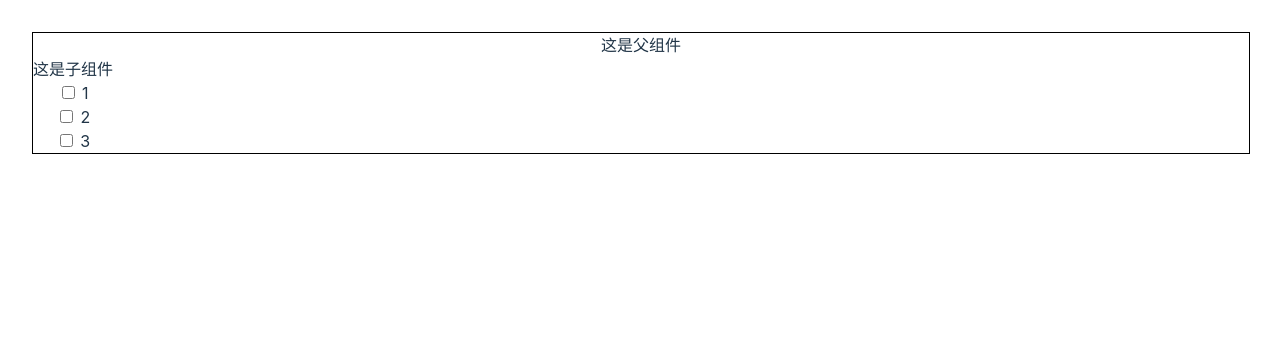
Repository: LeeypOR/management-system
Page: /
These files come from the project's save history. The page is drawn as it stood at one moment and after the next save; the edit follows.
The browser window is 1280 px wide. The pictures show the whole page.
The project was rebuilt for these pictures with package versions that can differ from the ones it lists, and the page was loaded fresh each time. Also part of the build but not shown: vite.config.ts.

Above is the page before, as saved 2023-02-22 16:10:25.
Console error: SyntaxError: Cannot use import statement outside a module

### index.html
<!DOCTYPE html>
<html lang="en">
  <head>
    <meta charset="UTF-8" />
    <link rel="icon" type="image/svg+xml" href="/vite.svg" />
    <script text="module" charset="UTF-8" src="./src/three.js/Three.js"></script>
    <meta name="viewport" content="width=device-width, initial-scale=1.0" />
    <title>Vite + Vue + TS</title>
  </head>
  <body>
    <div id="app" style="width: 100%;height: 100%;"></div>
    <script type="module" src="/src/main.ts"></script>
  </body>
</html>

### src/main.ts
import { createApp } from 'vue'
import './style.css'
import App from './App.vue'





createApp(App).mount('#app')

### src/style.css
:root {
  font-family: Inter, Avenir, Helvetica, Arial, sans-serif;
  font-size: 16px;
  line-height: 24px;
  font-weight: 400;

  color-scheme: light dark;
  color: rgba(255, 255, 255, 0.87);
  background-color: #242424;

  font-synthesis: none;
  text-rendering: optimizeLegibility;
  -webkit-font-smoothing: antialiased;
  -moz-osx-font-smoothing: grayscale;
  -webkit-text-size-adjust: 100%;
}

a {
  font-weight: 500;
  color: #646cff;
  text-decoration: inherit;
}
a:hover {
  color: #535bf2;
}

body {
  margin: 0;
  display: flex;
  place-items: center;
  min-width: 320px;
  min-height: 100%;
}

h1 {
  font-size: 3.2em;
  line-height: 1.1;
}

button {
  border-radius: 8px;
  border: 1px solid transparent;
  padding: 0.6em 1.2em;
  font-size: 1em;
  font-weight: 500;
  font-family: inherit;
  background-color: #1a1a1a;
  cursor: pointer;
  transition: border-color 0.25s;
}
button:hover {
  border-color: #646cff;
}
button:focus,
button:focus-visible {
  outline: 4px auto -webkit-focus-ring-color;
}

.card {
  padding: 2em;
}

#app {
  max-width: 1280px;
  margin: 0 auto;
  padding: 2rem;
  text-align: center;
}

@media (prefers-color-scheme: light) {
  :root {
    color: #213547;
    background-color: #ffffff;
  }
  a:hover {
    color: #747bff;
  }
  button {
    background-color: #f9f9f9;
  }
}

### src/App.vue


<template>
  <!-- <div class="base" v-for="item in Arr" :key="item">
    {{item.name}}
  </div> -->
  <!-- <HelloWorld></HelloWorld> -->
  <!-- <Watch></Watch> -->
  <Index></Index>
</template>

<script setup lang="ts">
// This starter template is using Vue 3 <script setup> SFCs
// Check out https://vuejs.org/api/sfc-script-setup.html#script-setup
// import HelloWorld from './components/HelloWorld.vue'
// import Watch from './components/Watch.vue'
import Index from './pages/index.vue'

</script>

<style scoped>
body{
  width: 100%;
  height: 100%;
}
#app{
  width: 100%;
  height: 100%;
}
.logo {
  height: 6em;
  padding: 1.5em;
  will-change: filter;
}
.logo:hover {
  filter: drop-shadow(0 0 2em #646cffaa);
}
.logo.vue:hover {
  filter: drop-shadow(0 0 2em #42b883aa);
}
</style>

### src/pages/index.vue
<template>
  <div class="index">
    <header>
      这是父组件
    </header>
    <body>
      <Children1 :data="data"></Children1>
    </body>
  </div>
</template>


<script setup lang="ts">
import Children1 from '../components/Children1.vue'
import {reactive} from 'vue'

interface Tree {
  name:string,
  checked:boolean,
  children?:Tree[]
}

const data = reactive<Tree[]>([
  {
    name:'1',
    checked:false,
  },
  {
    name:'2',
    checked:false,
    children:[
      {
        name:'2.1',
        checked:false
      },
      {
        name:'2.2',
        checked:false
      },
    ]
  },
  {
    name:'3',
    checked:false,
    children:[
      {
        name:'3.1',
        checked:false
      },
      {
        name:'3.2',
        checked:false
      },
      {
        name:'3.3',
        checked:true
      },
    ]
  }
])
</script>

<style  scoped>
  .index{
    border: 1px solid #000;
    width: 100%;
    height: 100%;
  }
</style>

### src/components/Children1.vue
<template>
  <div class="children1">
    这是子组件
    <div v-for="item in data">
      <input type="checkbox" v-model="item.checked"> <span>{{ item.name }}</span>
    </div>
  </div>
</template>

<script setup lang="ts">
import { reactive } from 'vue'

interface Tree {
  name: string,
  checked: boolean,
  children?: Tree[]
}

defineProps<{
  data?:Tree[]
}>()
</script>

Loaded but not shown: src/three.js/Three.js (library)

After the next save:
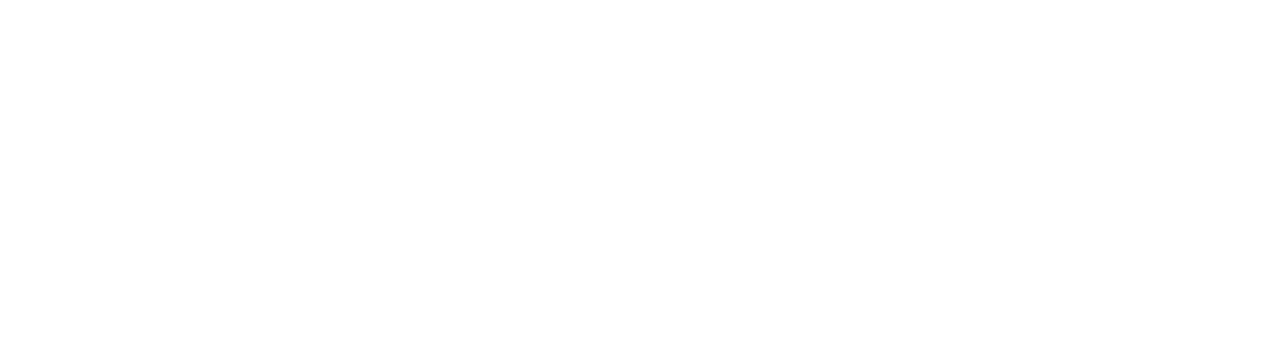
Saved 66 s later.
--- a/src/components/Children1.vue
+++ b/src/components/Children1.vue
@@ -3,6 +3,7 @@
     这是子组件
     <div v-for="item in data">
       <input type="checkbox" v-model="item.checked"> <span>{{ item.name }}</span>
+      <Children1 :data="data"></Children1>
     </div>
   </div>
 </template>

After the save that followed:
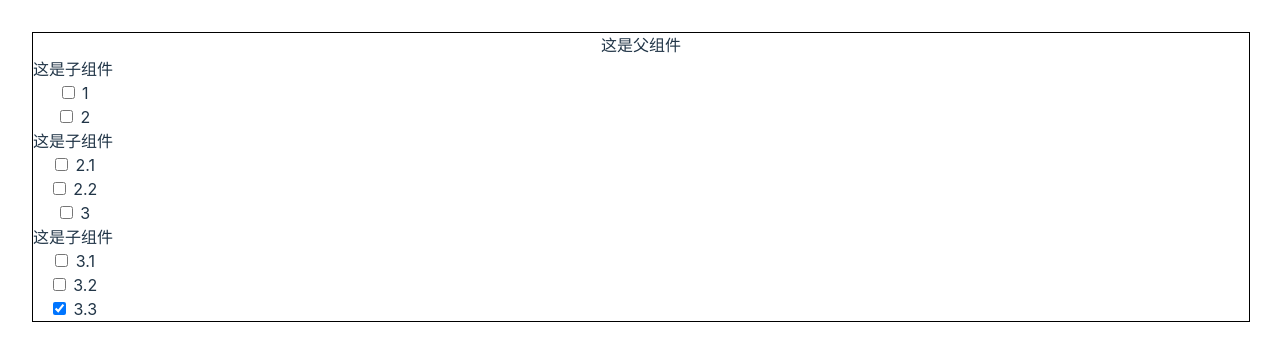
Saved 68 s later.
--- a/src/components/Children1.vue
+++ b/src/components/Children1.vue
@@ -3,7 +3,7 @@
     这是子组件
     <div v-for="item in data">
       <input type="checkbox" v-model="item.checked"> <span>{{ item.name }}</span>
-      <Children1 :data="data"></Children1>
+      <Children1 v-if="item?.children?.length" :data="item?.children"></Children1>
     </div>
   </div>
 </template>
